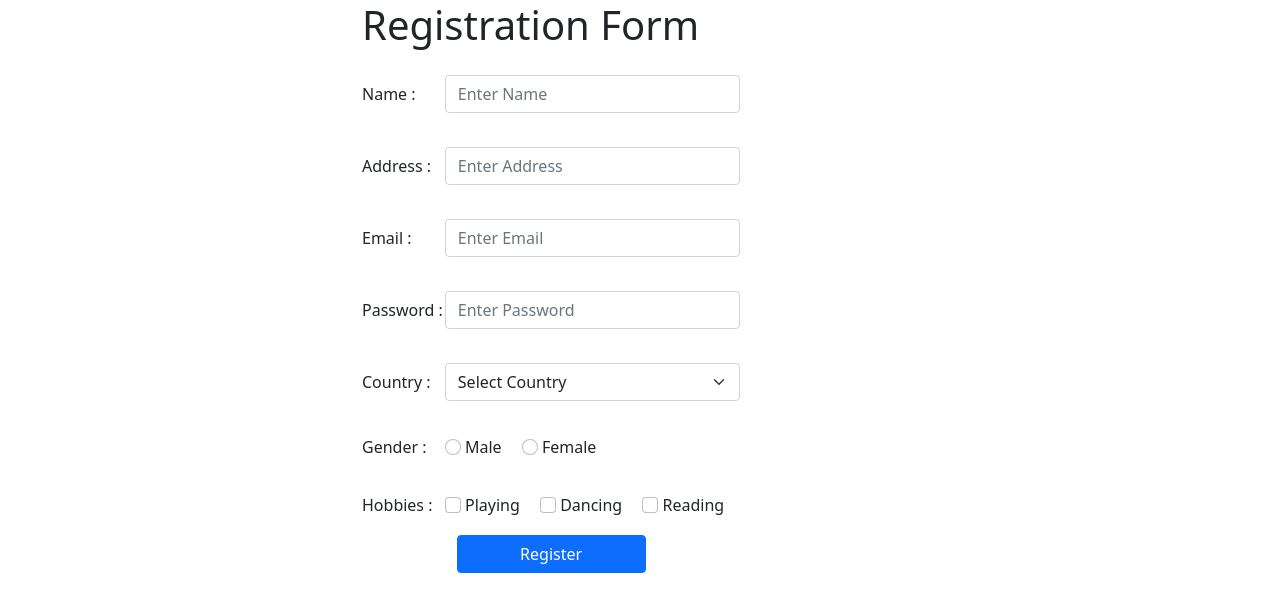
Repository: testuser85495/Java-Practical
Page: http://localhost/First_demo/
An editor plug-in stored every save of this project. The page is shown before and after the next save, followed by the edit.
The browser window is 1280 px wide. The pictures show the whole page.
The page is served by Tomcat 9.

Above is the page before, as saved 2024-07-23 14:00:48.

After the next save:
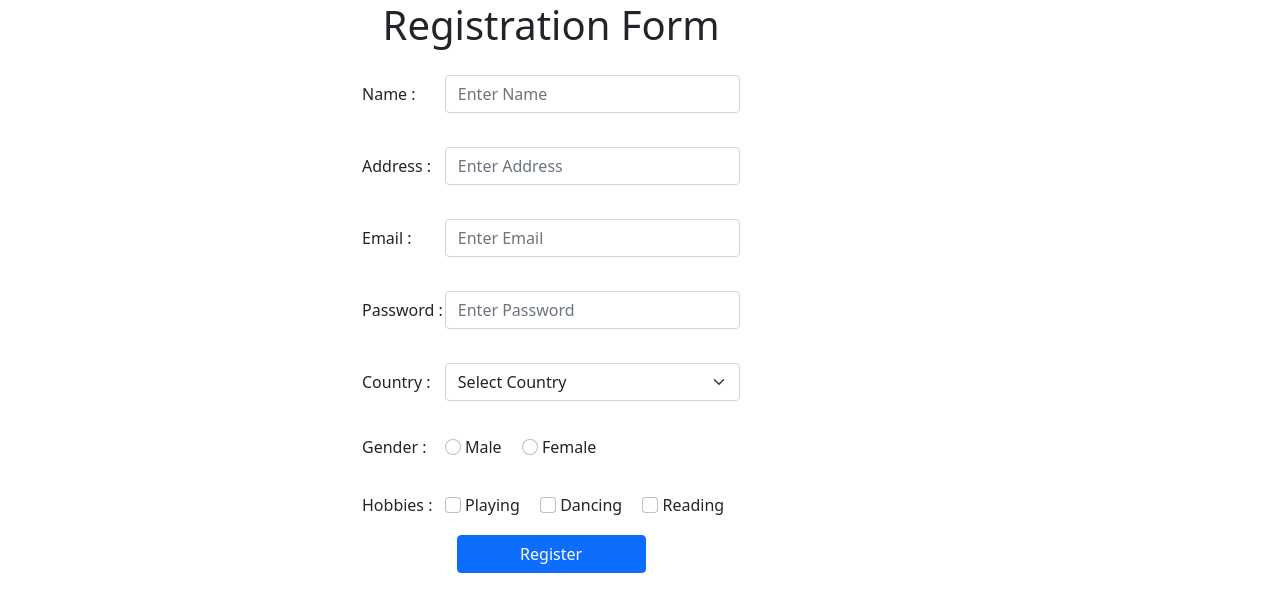
Saved 13 min 5 s later.
--- a/First_demo/src/main/webapp/index.jsp
+++ b/First_demo/src/main/webapp/index.jsp
@@ -23,7 +23,7 @@
 		<form action="UserController" method="post">
 			<table cellspacing="15" class="tbl_reg d-grid gap-2 col-6 mx-auto">
 				<tr>
-					<td colspan="2">
+					<td colspan="2" class="text-center">
 						<h1>Registration Form</h1>
 					</td>
 				</tr>
